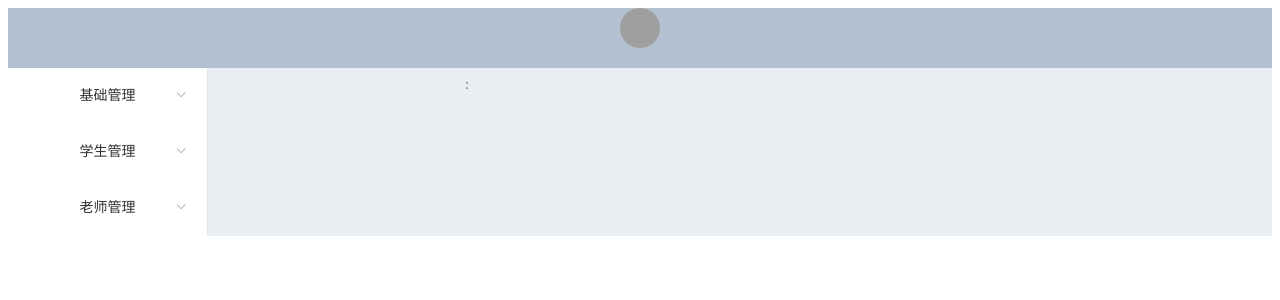
Repository: lwm9704/school-front
Page: /#/home
An editor plug-in stored every save of this project. The page is shown before and after the next save, followed by the edit.
The browser window is 1280 px wide. The pictures show the whole page.
Pictures or frames that could not be fetched are drawn as grey boxes. The project was rebuilt for these pictures with package versions that can differ from the ones it lists, and the page was loaded fresh each time. Also part of the build but not shown: src/view/login.vue.

Above is the page before, as saved 2021-11-15 14:40:25.

After the next save:
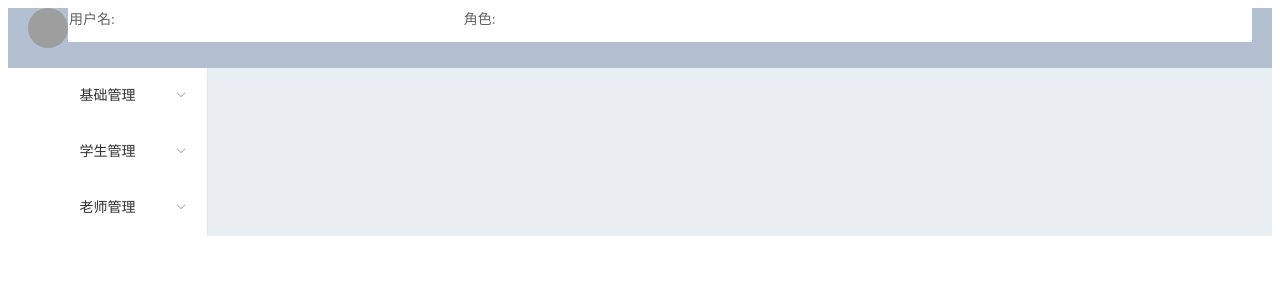
Saved 2 min 32 s later.
--- a/src/components/myHeader.vue
+++ b/src/components/myHeader.vue
@@ -35,4 +35,8 @@ export default {
 };
 </script>
 <style lang="scss" scoped>
+.myHeader{
+  display: flex;
+
+}
 </style>
